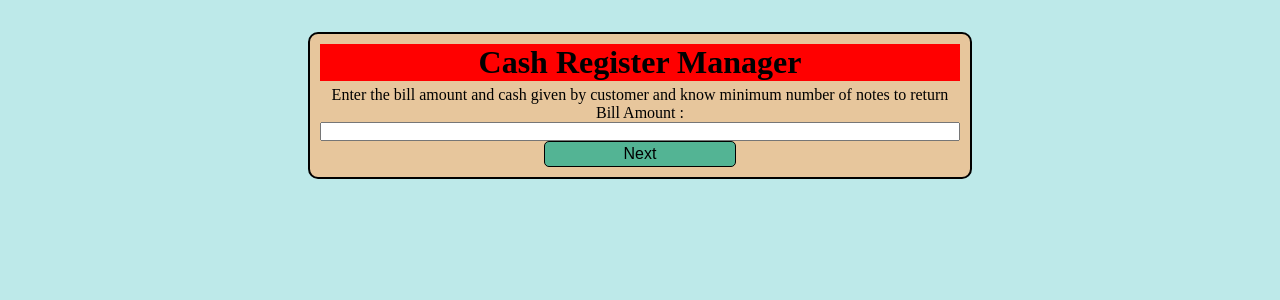
Repository: patelamancode/Cash-register-manager-app
Page: index.html
These files come from the project's save history. The page is drawn as it stood at one moment and after the next save; the edit follows.
The browser window is 1280 px wide. The pictures show the whole page.

Above is the page before, as saved 2022-11-18 15:47:02.

### index.html
<!DOCTYPE html>
<html lang="en">

<head>
    <meta charset="UTF-8">
    <meta http-equiv="X-UA-Compatible" content="IE=edge">
    <meta name="viewport" content="width=device-width, initial-scale=1.0">
    <link rel="stylesheet" href="index.css">
    <title>Cash register app</title>
</head>

<body>
    <div id="main-container">
        <h1 class="heading">Cash Register Manager</h1>
        <p id="description">Enter the bill amount and cash given by customer
            and know minimum number of notes to return
        </p>
        <label for="Bill-amount">Bill Amount :</label>
        <input type="text" id="bill-amount">
        <button id="next-btn">Next</button>
        <div class="sub-container">
            <label for="Cash-amount" class="cash-section">User Cash :</label>
            <input type="text" id="cash-amount">
            <button class="check-btn">Check</button>
            <p class="error-message"></p>
            <table class="change-cash">
                <caption>Return Change Cash :</caption>
                <tr>
                    <th>No. of notes</th>
                    <td class="notes-number"></td>
                    <td class="notes-number"></td>
                    <td class="notes-number"></td>
                    <td class="notes-number"></td>
                    <td class="notes-number"></td>
                    <td class="notes-number"></td>
                    <td class="notes-number"></td>
                    <td class="notes-number"></td>
                    <td class="notes-number"></td>
                    <td class="notes-number"></td>
                </tr>
                <tr>
                    <th>Notes</th>
                    <td>2000</td>
                    <td>1000</td>
                    <td>500</td>
                    <td>200</td>
                    <td>100</td>
                    <td>50</td>
                    <td>20</td>
                    <td>10</td>
                    <td>5</td>
                    <td>1</td>
                </tr>
            </table>
        </div>
    </div>

    <script src="index.js"></script>
</body>

</html>

### index.css
*{
    margin: 0;
    padding: 0;
}

body{
    background-color: rgb(189, 233, 233);
}

#main-container{
    display: flex;
    flex-direction: column;
    width: 50vw;
    margin: auto;
    margin-top: 2rem;
    padding: 10px;
    border: 2px solid black;
    border-radius: 10px;
    background-color: rgb(231, 198, 156);
    text-align: center;
}

h1{
    background-color: red;
    margin-bottom: 5px;
}

button{
    width: 30%;
    margin: auto;
    padding: 3px;
    font-size: 1rem;
    font-weight: 500;
    border: 1px solid;
    background-color: rgb(83, 180, 148);
    border-radius: 5px;
}

.sub-container{
    display: none;
    flex-direction: column;
    width: 50vw;
    margin: auto;
}

### index.js
// document.querySelector('.check-btn').addEventListener('click', function(){
//     console.log("Check button is clicked")
// })

const billAmount = document.querySelector('#bill-amount');
const cashAmount = document.querySelector('#cash-amount');
const checkButton = document.querySelector('.check-btn');
const errorMessage = document.querySelector('.error-message');
const notesDisplay = document.querySelectorAll('.notes-number');
// from here
const hideContent = document.querySelector('.sub-container');
const nextButton = document.querySelector('#next-btn');


// Testing console values for all inputs
// checkButton.addEventListener('click', function(){
//     console.log(cashAmount.value);
// })

nextButton.addEventListener('click', function(){
    hideContent.style.display = "flex"
    hideContent.style.flexDirection = "column"
})
// to here

const displayErrorMessage = function (message) {
    errorMessage.style.display = "block";
    errorMessage.style.backgroundColor = "red";
    errorMessage.innerText = message;
}
const hideErrorMessage = function(){
    errorMessage.style.display = "none";

}

const notesArray = [2000, 1000, 500, 200, 100, 50, 20, 10, 5, 1];
const numberOfNotesGiven = function(returnAmount){
    for(let i=0; i< notesArray.length; i++){
        let notesCount = Math.trunc(returnAmount/notesArray[i]);
        returnAmount = returnAmount%notesArray[i];
        notesDisplay[i].innerText = notesCount;
    }
}

checkButton.addEventListener('click', function amountValidation() {
    hideErrorMessage();

    if (billAmount.value > 0) {
        if(cashAmount.value >= billAmount.value){
            const returnAmount = cashAmount.value - billAmount.value;
            numberOfNotesGiven(returnAmount);
        }
        else{
            displayErrorMessage("Invalid Cash value as per Bill amount");
        }
    }
    else {
        displayErrorMessage("Please make sure input bill amount must be positive and non-zero value");
    }
})



// 1550

After the next save:
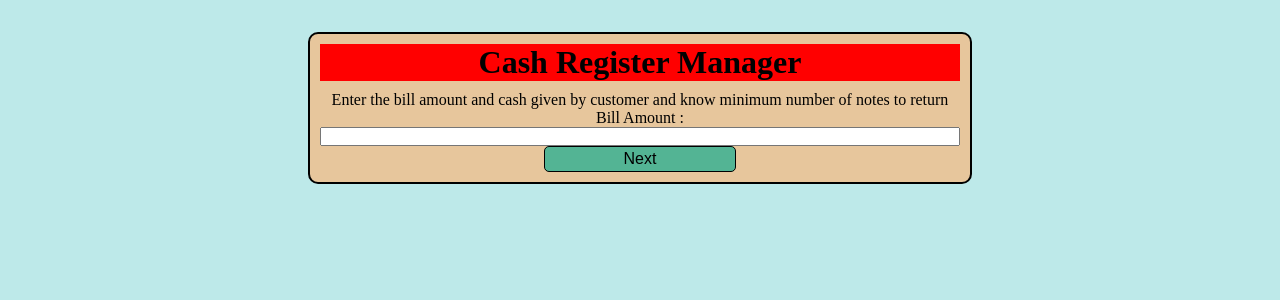
Saved 7 s later.
--- a/index.css
+++ b/index.css
@@ -22,7 +22,7 @@ body{
 
 h1{
     background-color: red;
-    margin-bottom: 5px;
+    margin-bottom: 10px;
 }
 
 button{
